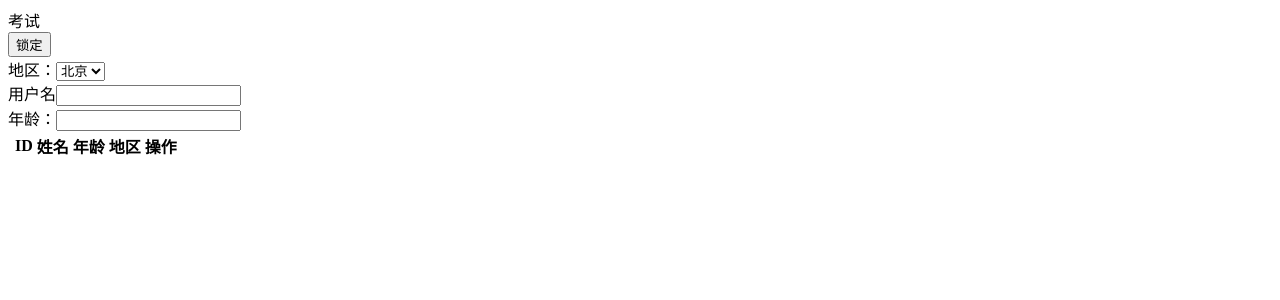
Repository: Sjl-2114/2006z
Page: / (app in A卷/vue-kaoshi/)
These files come from the project's save history. The page is drawn as it stood at one moment and after the next save; the edit follows.
The browser window is 1280 px wide. The pictures show the whole page.
The project was rebuilt for these pictures with package versions that can differ from the ones it lists, and the page was loaded fresh each time.

Above is the page before, as saved 2021-04-28 15:55:33.

### A卷/vue-kaoshi/src/App.vue
<template>
  <div>
    考试
    <br>
    <button>{{das}}</button>
    <br>
    <span>地区：</span>
    <select >
      <option :value="item.name" v-for="(item, index) in list" :key="index">
          {{item.name}}
      </option>
    </select>
    <br>
    <span>用户名</span>
    <input type="text">
    <br>
    <span>年龄：</span>
    <input type="number">
    <br>
    <table style="">
        <thead>
          <tr>
            <th></th>
            <th>ID</th>
            <th>姓名</th>
            <th>年龄</th>
            <th>地区</th>
            <th>操作</th>

          </tr>
        </thead>


    </table>
  </div>
</template>
<script>
  import data from '../public/data.json'
export default {
  data() {
    return {
      das:'锁定',
      list: data.data,

    }
  },
  methods:{

  },

}
</script>
<style>

</style>

### A卷/vue-kaoshi/public/data.json
{
  "data": [
    {
      "id": 1,
      "name": "北京"
    },
    {
      "id": 2,
      "name": "上海"
    },
    {
      "id": 3,
      "name": "广州"
    },
    {
      "id": 4,
      "name": "成都"
    }
  ]
}

Loaded but not shown: A卷/vue-kaoshi/public/index.html (common file); A卷/vue-kaoshi/src/main.js (common file)

After the next save:
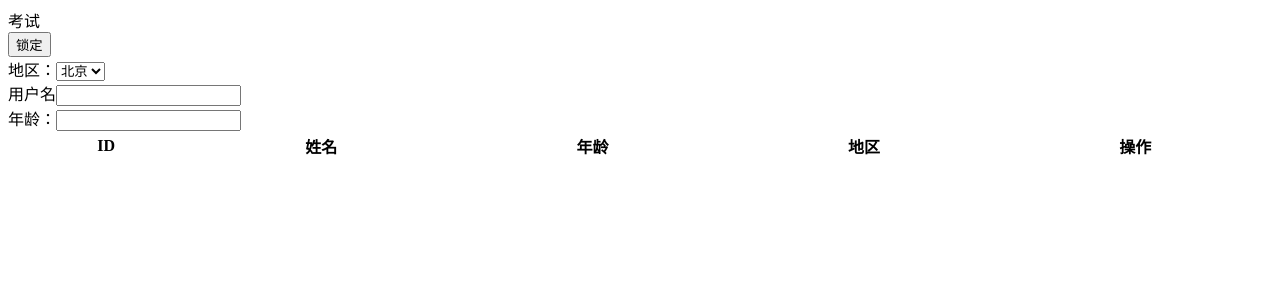
Saved 11 s later.
--- a/A卷/vue-kaoshi/src/App.vue
+++ b/A卷/vue-kaoshi/src/App.vue
@@ -17,7 +17,7 @@
     <span>年龄：</span>
     <input type="number">
     <br>
-    <table style="">
+    <table style="width:100%">
         <thead>
           <tr>
             <th></th>
